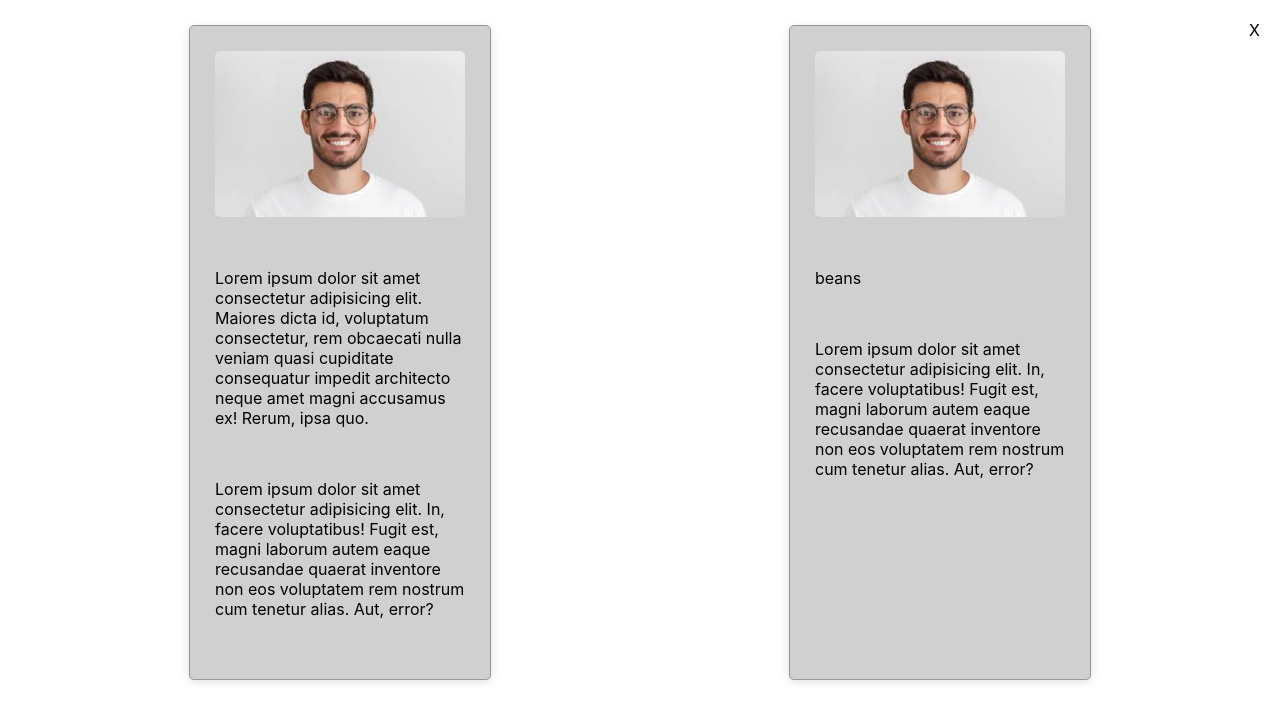
Repository: mikelnorth/team-profile-demo
Page: /
These files come from the project's save history. The page is drawn as it stood at one moment and after the next save; the edit follows.
The browser window is 1280 px wide. The pictures show the whole page.
The project was rebuilt for these pictures with package versions that can differ from the ones it lists, and the page was loaded fresh each time.

Above is the page before, as saved 2022-05-19 19:39:10.

After the next save:
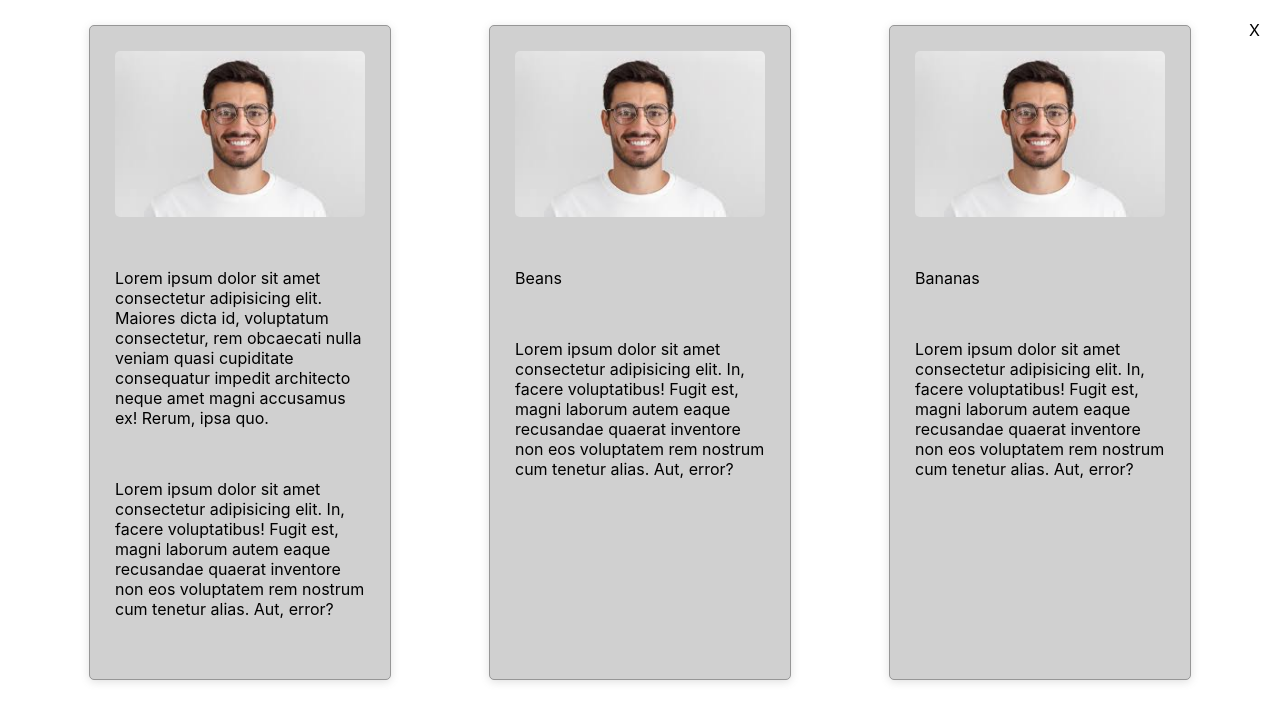
Saved 1 s later.
--- a/src/api/person.js
+++ b/src/api/person.js
@@ -10,7 +10,12 @@ export function getPeople() {
     {
       id: 2,
       image: headshot,
-      text: "beans"
+      text: "Beans"
+    },
+    {
+      id: 3,
+      image: headshot,
+      text: "Bananas"
     }
   ];
 }
